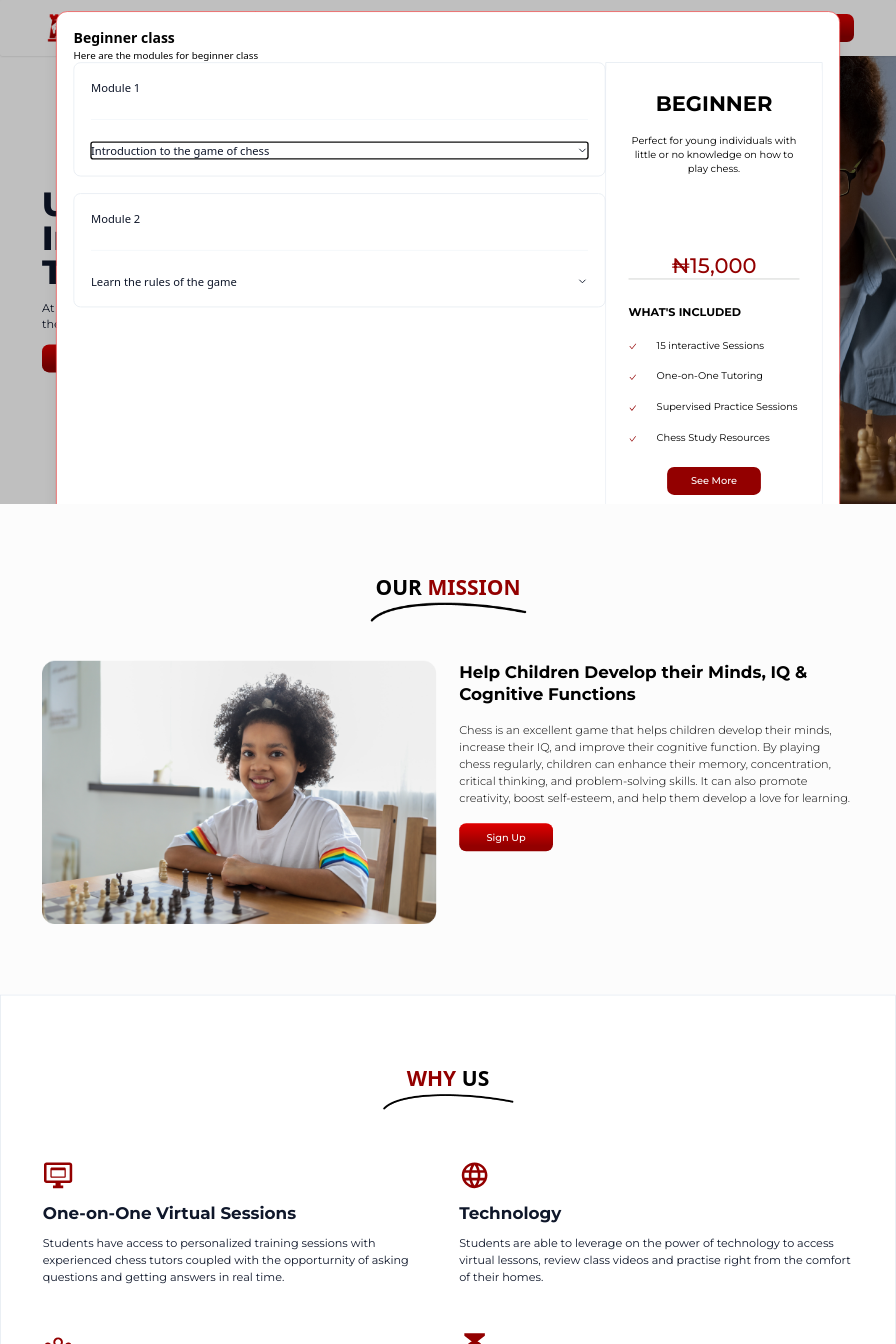
Repository: CelestinaUwajeh/chess-champ-fe
Page: /, after clicking the first element matching `button.w-\[134px\]`
The author's editor kept a copy of each file at every save. The page is drawn from the files as they stood at one save, then again after the next save.
The browser window is 1280 px wide. The pictures show the part of the page from y = 0 to 1920 px (the page is 4303 px tall), at 70% of full size.
An inner scrolling area shows only its first screen. The project was rebuilt for these pictures with package versions that can differ from the ones it lists, and the page was loaded fresh each time. The framework's server and built-in components were replaced by stand-ins that run in the browser. Also part of the build but not shown: next.config.js, app/(dashboard)/parent/child/[id]/progress/highlight.tsx, app/(dashboard)/parent/child/[id]/progress/attendance.tsx, components/ui/progress.tsx, app/(dashboard)/parent/child/[id]/progress/percentage.tsx, app/(dashboard)/parent/child/[id]/progress/points.tsx, app/(dashboard)/parent/child/[id]/progress/page.tsx.

Above is the page before, as saved 2023-08-09 22:23:18.

### app/layout.tsx
import "./globals.css";
import "slick-carousel/slick/slick.css";
import "slick-carousel/slick/slick-theme.css";

export const metadata = {
  title: "Chess Champs",
  description: "Learn to play chess",
};

export default function RootLayout({
  children,
}: {
  children: React.ReactNode;
}) {
  return (
    <html lang="en">
      <body>{children}</body>
    </html>
  );
}

### app/(public)/layout.tsx
import Navigator from "./navigator";
import Footer from "./footer";

export const metadata = {
  title: "Chess Champs",
  description: "Learn to play chess",
};

export default function PublicLayout({
  children,
}: {
  children: React.ReactNode;
}) {
  return (
    <main>
      <Navigator />
      {children}
      <Footer />
    </main>
  );
}

### app/(public)/navigator/index.tsx
"use client";

import Image from "next/image";
import Link from "next/link";
import { AiOutlineClose, AiOutlineMenu } from "react-icons/ai";
import { useState } from "react";

import { usePageOnScroll } from "@/hooks/usePageOnScroll";
import logo from "/public/logo.png";
import NavLinks from "./links";
import AppButton from "@/components/button";
import MobileNav from "./mobile-nav";

const Navigator = () => {
  const scrolling = usePageOnScroll();
  const [showMenu, setShowMenu] = useState(false);

  return (
    <nav
      className={`flex justify-between items-center px-3 lg:px-[60px] h-14 rounded bg-white lg:h-20 sticky right-0 left-0 top-0 z-30 ${
        scrolling ? "shadow-lg" : "shadow"
      }`}
    >
      <Link href={"/"}>
        <Image src={logo} alt="AjoCard Logo" className="h-7 w-auto lg:h-auto" />
      </Link>
      <MobileNav showMenu={showMenu} setShowMenu={setShowMenu} />

      <NavLinks />

      <div
        onClick={() => setShowMenu(!showMenu)}
        className="lg:hidden cursor-pointer"
      >
        {!showMenu ? (
          <AiOutlineMenu size="1.5em" />
        ) : (
          <AiOutlineClose size="1.5em" />
        )}
      </div>

      <div className="hidden lg:flex items-center gap-5">
        <Link href={"/signin"} className="text-main no-underline font-medium">
          Login
        </Link>
        <AppButton
          isLink
          to={`/signup`}
          size="medium"
          variant="primary"
          width="w-[97px]"
        >
          Sign Up
        </AppButton>
      </div>
    </nav>
  );
};

export default Navigator;

### app/(public)/footer/index.tsx
"use client";

import React from "react";
import Link from "next/link";

import { navLinks } from "../navigator/links";
import { socials } from "./socials";

const Footer = () => {
  return (
    <footer className=" bg-footerGrey pt-20 pb-9 px-3 lg:px-[60px] font-mont">
      <div className="flex flex-col lg:flex-row lg:items-center justify-between gap-6 lg:gap-0 mb-3">
        <div className="flex-1 grid grid-cols-2 lg:flex items-center gap-6 lg:gap-12">
          {navLinks.map((link) => (
            <Link
              key={link.name}
              href={link.link}
              className="capitalize font-medium hover:text-main transition-all"
            >
              {link.name}
            </Link>
          ))}
        </div>
        <div className="flex items-center gap-12">
          {socials.map((social) => (
            <a key={social.link} href={social.link}>
              {social.icon}
            </a>
          ))}
        </div>
      </div>
      <div className="h-[1px] w-full bg-[#CAC3B3]"></div>
      <div className="flex flex-col 2xl:flex-row mt-20">
        <div className="flex-1 flex justify-center 2xl:justify-start items-center gap-12 text-main">
          <Link href="/terms">Terms of Service</Link>
          <Link href="/terms">Privacy Policy</Link>
        </div>
        <small className="text-sm text-center 2xl:text-start mt-4">
          &copy; {new Date().getFullYear()} Chess Champs. All rights reserved.
        </small>
      </div>
    </footer>
  );
};

export default Footer;

### components/hero/index.tsx
import Image, { StaticImageData } from "next/image";
import AppButton from "../button";

interface PropType {
  data: {
    image: string;
    smImageSrc: StaticImageData;
    header: string;
    description: string;
    link?: {
      href: string;
      text: string;
    };
  };
}

const Hero = ({ data }: PropType) => {
  const {
    image,
    header,
    description,
    smImageSrc,
    link: { href, text } = { href: "", text: "" },
  } = data || {};

  return (
    <section className="">
      <div
        className={`bg-white ${image} hero lg:bg-[length:auto_100%] xl:bg-[length:55%_100%] bg-no-repeat bg-right pt-11 lg:pt-0 lg:h-[calc(100vh-80px)] overflow-hidden`}
      >
        <div className="h-full flex flex-col justify-center lg:max-w-xl xl:max-w-2xl px-3 xl:pr-0 xl:pl-[60px] gap-4 z-20 relative">
          <h1 className="font-mont font-extrabold  text-4xl lg:text-5xl">
            {header}
          </h1>
          <p className="font-mont text-sm lg:text-base">{description}</p>
          {href ? (
            <AppButton
              isLink
              to={href}
              size="medium"
              width="w-[134px]"
              variant="primary"
            >
              {text}
            </AppButton>
          ) : null}
        </div>
      </div>
      <Image
        src={smImageSrc}
        alt="image"
        className=" w-full h-auto lg:hidden"
      />
    </section>
  );
};

export default Hero;

### components/mission-section/index.tsx
import Image, { StaticImageData } from "next/image";
import AppButton from "../button";

interface PropType {
  data: {
    image: StaticImageData;
    header: string;
    text: string[];
    founder?: {
      name: string;
      title: string;
    };
    hasButton?: {
      text: string;
      url: string;
    };
  };
}

const MissionSection = ({
  data: { image, header, text, founder, hasButton },
}: PropType) => {
  return (
    <div className="flex flex-col lg:flex-row gap-8 justify-center">
      <Image src={image} alt="image" className="flex-1" />
      <div className="flex-1">
        <h3 className="font-mont font-semibold text-lg lg:text-2xl mb-6 text-black">
          {header}
        </h3>
        <div className="flex flex-col gap-4 font-mont text-sm lg:text-base">
          {text.map((item, index) => {
            return (
              <p className="font-light text-black" key={index}>
                {item}
              </p>
            );
          })}
        </div>
        <>
          {founder && (
            <p className="mt-6">
              <span className="font-bold font-mont">{founder.name}</span>{" "}
              <span className="font-light">{founder.title}</span>
            </p>
          )}
        </>
        {hasButton && (
          <div className="mt-6">
            <AppButton
              isLink
              size="medium"
              variant="primary"
              width="w-[134px]"
              to={hasButton.url}
            >
              {hasButton.text}
            </AppButton>
          </div>
        )}
      </div>
    </div>
  );
};

export default MissionSection;

### components/page-section_header/index.tsx
import Image, { StaticImageData } from "next/image";
import stroke from "/public/stroke.png";

interface PropType {
  data: {
    leftText: string;
    rightText?: string;
    sideToColor?: "left" | "right";
    strokeWidth?: string;
    extraStyles?: string;
    icon?: StaticImageData;
  };
}

const PageSectionHeader = ({
  data: {
    leftText,
    rightText = "",
    sideToColor = "left",
    strokeWidth = "w-auto",
    extraStyles = "",
    icon,
  },
}: PropType) => {
  return (
    <div
      className={`${extraStyles} flex items-center justify-center flex-col gap-1`}
    >
      <span className="flex items-center text-3xl text-black gap-2 uppercase font-bold">
        {icon ? <Image src={icon} alt={leftText} /> : null}
        <h3 className={`${sideToColor === "left" ? "text-main" : ""}`}>
          {leftText}
        </h3>
        <h3 className={`${sideToColor === "right" ? "text-main" : ""}`}>
          {rightText}
        </h3>
      </span>
      <Image src={stroke} alt="stroke" className={`${strokeWidth}`} />
    </div>
  );
};

export default PageSectionHeader;

### app/(public)/why-it-works.ts
import comp from "/public/comp.svg";
import medal from "/public/medal.svg";
import tech from "/public/tech.svg";
import comm from "/public/comm.svg";
import { ListCarPropType } from "@/components/list-card";

export const whyItWorks: ListCarPropType["data"]["items"] = [
  {
    listType: comp,
    header: "One-on-One Virtual Sessions",
    text: "Students have access to personalized training sessions with experienced chess tutors coupled with the opporturnity of asking questions and getting answers in real time.",
  },
  {
    listType: tech,
    header: "Technology",
    text: "Students are able to leverage on the power of technology to access virtual lessons, review class videos and practise right from the comfort of their homes.",
  },
  {
    listType: comm,
    header: "Community",
    text: "We are building a community where students can interact with one another over agame of chess from the comfort of their homes.",
  },
  {
    listType: medal,
    header: "Tournament",
    text: "Students have the opportunity to showcase their knowledge at the Chess Champs tournament.",
  },
];

### components/testimonial/demo-test.ts
import ngozi from "/public/ngozi.png";
import amaka from "/public/amaka.png";
import { StaticImageData } from "next/image";

export interface TestimonyTypes {
  name: string;
  testimony: string;
  image: StaticImageData;
}

export const testimonies: TestimonyTypes[] = [
  {
    name: "Tobi Oluwaseun",
    testimony:
      "Since i have started my child on chess lessons with Chess Champs, I have noticed a remarkable improvement in my child's level of reasoning. I see the delibrate act of thinking before speaking",
    image: ngozi,
  },
  {
    name: "Thelma Brown",
    testimony:
      "My daughter's level of concentration has greatly improved since enrolling her into the Chess Champs programme",
    image: amaka,
  },
];

### app/(public)/pricing-section.tsx
import PricingCard from "@/components/pricing-card";
import { PricingDto } from "./pricing";

interface PropType {
  data: PricingDto[];
}

const Pricing = ({ data }: PropType) => {
  return (
    <div className="inline-grid grid-cols-3 gap-10 lg:gap-[71px] auto-rows-[1fr]">
      {data.map((pricing) => (
        <div
          className="col-span-3 md:col-span-2 xl:col-span-1"
          key={pricing.name}
        >
          <PricingCard isModal={false} data={pricing} />
        </div>
      ))}
    </div>
  );
};

export default Pricing;

### app/(public)/pricing.ts
export interface PricingDto {
  name: string;
  description: string;
  price: string;
  perks: string[];
  link: string;
}

export const pricing: PricingDto[] = [
  {
    name: "Beginner",
    description:
      "Perfect for young individuals with little or no knowledge on how to play chess.",
    price: "15000",
    perks: [
      "15 interactive Sessions",
      "One-on-One Tutoring",
      "Supervised Practice Sessions",
      "Chess Study Resources",
    ],
    link: "/beginner",
  },
  {
    name: "Intermediate",
    description:
      "Students would be taught key concepts, tactics and forcing moves.",
    price: "25000",
    perks: [
      "20 interactive Sessions",
      "One-on-One Tutoring",
      "Supervised Practice Sessions",
      "Chess Study Resources",
      "Automatic Entry to Annual Tournament",
    ],
    link: "/intermediate",
  },
  {
    name: "Advanced",
    description:
      "Students would be taught how take complete control while playing chess with strategies like key openings, advanced tactics and endgame patterns.",
    price: "30000",
    perks: [
      "20 interactive Sessions",
      "One-on-One Tutoring",
      "Supervised Practice Sessions",
      "Chess Study Resources",
      "Automatic Entry to Annual Tournament",
      "10% discount on purchased chess items",
    ],
    link: "/advanced",
  },
];

### components/testimonial/index.tsx
"use client";

import Slider from "react-slick";
import { useMediaQuery } from "usehooks-ts";

import { TestimonyTypes } from "./demo-test";
import TestimonialCard from "./testimonial-card";

interface PropType {
  data: TestimonyTypes[];
}
const Testimonials = ({ data }: PropType) => {
  const matches = useMediaQuery("(min-width: 768px)");
  const settings = {
    customPaging: function (i: number) {
      return (
        <span>
          <div className="w-5 h-5 bg-lightGrey rounded-full"></div>
        </span>
      );
    },
    dots: true,
    infinite: true,
    speed: 500,
    slidesToShow: matches ? 2 : 1,
    slidesToScroll: 1,
    autoplay: true,
    autoplaySpeed: 2000,
    swipeToSlide: true,
    dotsClass: "slick-dots slick-thumb",
    className: "slick-div",
  };

  return (
    <div className="mt-12 mb-12">
      <Slider {...settings} className="">
        {data.map((testimony) => (
          <TestimonialCard key={testimony.name} data={testimony} />
        ))}
        {data.map((testimony) => (
          <TestimonialCard key={testimony.name} data={testimony} />
        ))}
      </Slider>
    </div>
  );
};

export default Testimonials;

### hooks/usePageOnScroll.ts
import { useScroll, useMotionValueEvent } from "framer-motion";
import { useState } from "react";

export const usePageOnScroll = () => {
  const [onScroll, setOnScroll] = useState(false);

  const { scrollY } = useScroll();

  useMotionValueEvent(scrollY, "change", (latest) => {
    if (onScroll) {
      if (latest > 0) return;
      return setOnScroll(latest > 0);
    }
    setOnScroll(latest > 0);
  });

  return onScroll;
};

### app/(public)/navigator/links.tsx
"use client";

import Link from "next/link";
import { usePathname } from "next/navigation";

export const navLinks = [
  {
    name: "About Us",
    link: "about",
  },
  {
    name: "Services",
    link: "services",
  },
  {
    name: "How it works",
    link: "how-it-works",
  },
  {
    name: "Tutors",
    link: "tutors",
  },
  {
    name: "Call For Sponsors",
    link: "sponsor",
  },
  {
    name: "Chess Items",
    link: "chess-items",
  },
  {
    name: "Contact Us",
    link: "contact-us",
  },
];
const NavLinks = () => {
  const pathname = usePathname();

  return (
    <div className="hidden lg:flex flex-col lg:flex-row items-start lg:items-center justify-center gap-4 lg:gap-8 font-mont">
      {navLinks.map((link) => {
        const isActive = pathname.endsWith(link.link);

        return (
          <Link
            href={link.link}
            key={link.name}
            className={`${
              isActive ? "text-main" : "text-black"
            } no-underline font-medium text-[15px] hover:text-main transition-all`}
          >
            {link.name}
          </Link>
        );
      })}
    </div>
  );
};

export default NavLinks;

### app/(public)/footer/socials.tsx
import { FiFacebook, FiTwitter, FiInstagram } from "react-icons/fi";

export const socials = [
  {
    link: "https://facebook.com",
    icon: <FiFacebook className="text-main w-6 h-auto" />,
  },
  {
    link: "https://instagram.com",
    icon: <FiInstagram className="text-main w-6 h-auto" />,
  },
  {
    link: "https://twitter.com",
    icon: <FiTwitter className="text-main w-6 h-auto" />,
  },
];

### components/testimonial/testimonial-card.tsx
import Image from "next/image";
import { TestimonyTypes } from "./demo-test";
import { Avatar, AvatarFallback } from "@/components/ui/avatar";

interface PropTypes {
  data: TestimonyTypes;
}

const TestimonialCard = ({ data }: PropTypes) => {
  const { image, name, testimony } = data || {};
  return (
    <div className="rounded-[20px] p-7 bg-lightGrey mx-3 min-h-[180px]">
      <span className="flex gap-4 items-center">
        <Avatar>
          <Image src={image} alt={"img"} />
          <AvatarFallback>{`${name[0]}`}</AvatarFallback>
        </Avatar>
        <span className="font-semibold">{name}</span>
      </span>
      <span className="mt-3">{testimony}</span>
    </div>
  );
};

export default TestimonialCard;

### utils/index.ts
import { toast } from "react-toastify";

export const formatCurrency = (
  number: number,
  { noDecimals }: { noDecimals: boolean }
) =>
  new Intl.NumberFormat("en-NG", {
    style: "currency",
    currency: "NGN",
    ...(noDecimals && { maximumFractionDigits: 0 }),
  }).format(number);

export const showToast = ({
  message,
  type,
}: {
  message: string;
  type: "error" | "success" | "warning" | "info" | "default" | "loading";
}) => {
  toast(message, {
    position: "top-right",
    autoClose: 5000,
    hideProgressBar: false,
    closeOnClick: true,
    pauseOnHover: true,
    draggable: true,
    progress: undefined,
    theme: "colored",
    type: type !== "loading" ? type : "default",
  });
};

### components/pricing-card/modal-content.tsx
import Module from "@/app/(dashboard)/parent/child/[id]/progress/module";
import { modules } from "@/app/(dashboard)/parent/child/[id]/progress/page";
import { PricingDto } from "@/app/(public)/pricing";
import PricingCard from ".";

interface PropType {
  data: PricingDto;
}

const ModalContent = ({ data }: PropType) => {
  return (
    <div className="w-full">
      <p className="text-xl text-black font-semibold">Beginner class</p>
      <p className="text-sm text-black">
        Here are the modules for beginner class
      </p>
      <div className="flex">
        <div className="flex-1">
          <Module modules={modules} isModal />
        </div>
        <div className="w-[310px] border">
          <PricingCard isModal data={data} />
        </div>
      </div>
    </div>
  );
};

export default ModalContent;

### components/dialogue/index.tsx
import { Dialog, Transition } from "@headlessui/react";
import { Fragment, useState } from "react";

interface IPropType {
  open: boolean;
  setOpen: (value: boolean) => void;
  children: React.ReactNode;
  displayCloseIcon?: boolean;
  isOverlayActive?: boolean;
}

export default function Dialogue({
  open,
  setOpen,
  children,
  displayCloseIcon,
  isOverlayActive,
}: IPropType) {
  return (
    <Transition appear show={open} as={Fragment}>
      <Dialog as="div" className="relative z-50" onClose={setOpen}>
        <Transition.Child
          as={Fragment}
          enter="ease-out duration-300"
          enterFrom="opacity-0"
          enterTo="opacity-100"
          leave="ease-in duration-200"
          leaveFrom="opacity-100"
          leaveTo="opacity-0"
        >
          <div className="fixed inset-0 bg-black bg-opacity-25" />
        </Transition.Child>
        <div className="fixed inset-0 overflow-y-auto">
          <div className="flex min-h-full items-center justify-center p-4 text-center">
            <Transition.Child
              as={Fragment}
              enter="ease-out duration-300"
              enterFrom="opacity-0 scale-95"
              enterTo="opacity-100 scale-100"
              leave="ease-in duration-200"
              leaveFrom="opacity-100 scale-100"
              leaveTo="opacity-0 scale-95"
            >
              <Dialog.Panel className="min-w-[1120px] max-w-md transform overflow-hidden rounded-2xl bg-white p-6 text-left align-middle shadow-xl transition-all border border-red-500 border-solid">
                {children}
              </Dialog.Panel>
            </Transition.Child>
          </div>
        </div>
      </Dialog>
    </Transition>
  );
}

### components/ui/avatar.tsx
"use client";

import * as React from "react";
import * as AvatarPrimitive from "@radix-ui/react-avatar";

import { cn } from "@/lib/utils";

const Avatar = React.forwardRef<
  React.ElementRef<typeof AvatarPrimitive.Root>,
  React.ComponentPropsWithoutRef<typeof AvatarPrimitive.Root>
>(({ className, ...props }, ref) => (
  <AvatarPrimitive.Root
    ref={ref}
    className={cn(
      "relative flex h-10 w-10 shrink-0 overflow-hidden rounded-full",
      className
    )}
    {...props}
  />
));
Avatar.displayName = AvatarPrimitive.Root.displayName;

const AvatarImage = React.forwardRef<
  React.ElementRef<typeof AvatarPrimitive.Image>,
  React.ComponentPropsWithoutRef<typeof AvatarPrimitive.Image>
>(({ className, ...props }, ref) => (
  <AvatarPrimitive.Image
    ref={ref}
    className={cn("aspect-square h-full w-full", className)}
    {...props}
  />
));
AvatarImage.displayName = AvatarPrimitive.Image.displayName;

const AvatarFallback = React.forwardRef<
  React.ElementRef<typeof AvatarPrimitive.Fallback>,
  React.ComponentPropsWithoutRef<typeof AvatarPrimitive.Fallback>
>(({ className, ...props }, ref) => (
  <AvatarPrimitive.Fallback
    ref={ref}
    className={cn(
      "flex h-full w-full items-center justify-center rounded-full bg-muted",
      className
    )}
    {...props}
  />
));
AvatarFallback.displayName = AvatarPrimitive.Fallback.displayName;

export { Avatar, AvatarImage, AvatarFallback };

Loaded but not shown: lib/utils.ts (common file); tailwind.config.js (96 lines, source omitted); app/(public)/page.tsx (102 lines, source omitted); components/button/index.tsx (132 lines, source omitted); components/pricing-card/index.tsx (73 lines, source omitted); app/globals.css (120 lines, source omitted); app/(dashboard)/parent/child/[id]/progress/module.tsx (67 lines, source omitted); components/ui/accordion.tsx (56 lines, source omitted); app/(public)/navigator/mobile-nav.tsx (68 lines, source omitted); components/list-card/index.tsx (67 lines, source omitted)

After the next save:
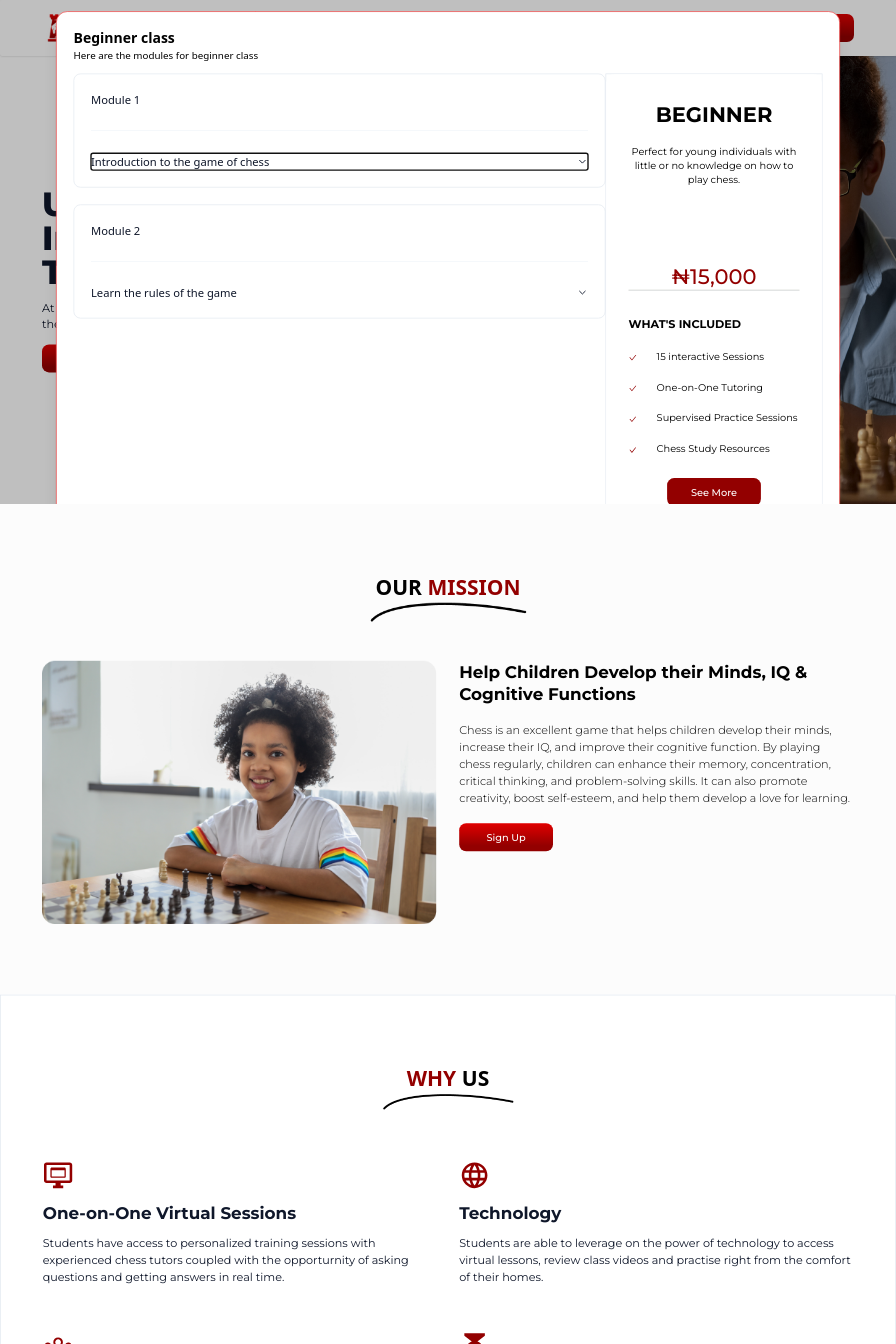
Saved 20 s later.
--- a/components/pricing-card/modal-content.tsx
+++ b/components/pricing-card/modal-content.tsx
@@ -11,7 +11,7 @@ const ModalContent = ({ data }: PropType) => {
   return (
     <div className="w-full">
       <p className="text-xl text-black font-semibold">Beginner class</p>
-      <p className="text-sm text-black">
+      <p className="text-sm text-black mb-4">
         Here are the modules for beginner class
       </p>
       <div className="flex">
